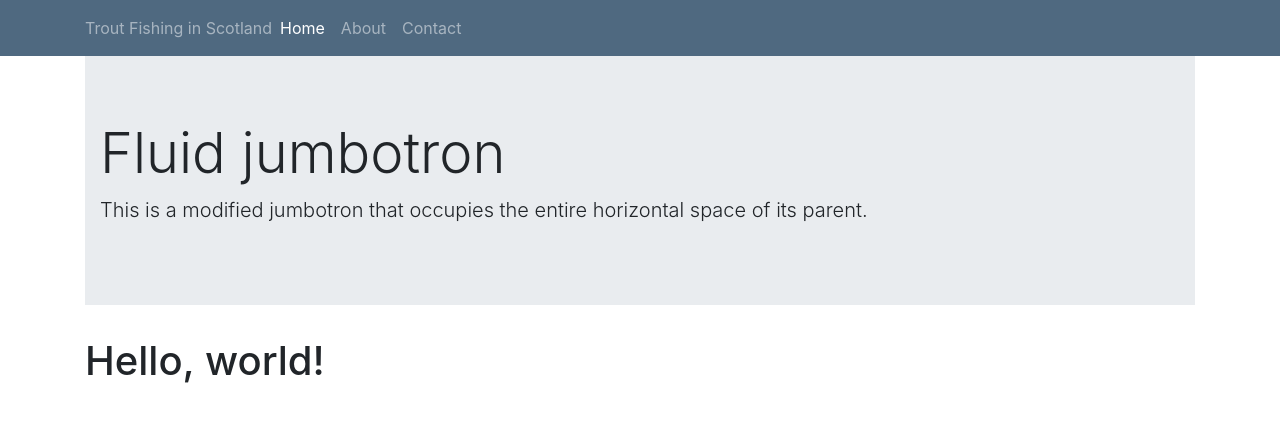
Repository: adrian9211/College_project
Page: index.html
These files come from the project's save history. The page is drawn as it stood at one moment and after the next save; the edit follows.
The browser window is 1280 px wide. The pictures show the whole page.

Above is the page before, as saved 2020-10-28 13:23:31.

### index.html
<!doctype html>
<html lang="en">
  <head>
    <!-- Required meta tags -->
    <meta charset="utf-8">
    <meta name="viewport" content="width=device-width, initial-scale=1, shrink-to-fit=no">

    <!-- Bootstrap CSS -->
    <link rel="stylesheet" href="https://cdn.jsdelivr.net/npm/bootstrap@4.5.3/dist/css/bootstrap.min.css" integrity="sha384-TX8t27EcRE3e/ihU7zmQxVncDAy5uIKz4rEkgIXeMed4M0jlfIDPvg6uqKI2xXr2" crossorigin="anonymous">
    <link rel="stylesheet" href="css/style.css">

    <title>Trout fishing in Scotland</title>
  </head>
  <body>
      <!-- Navigation  bar start -->
    <nav class="navbar navbar-expand-md navbar-dark sticky-top" role="navigation" id="navbar2" style="background-color: #4F6980;">
        <div class="container">
          <a href="index.html"><span class="navbar-text">Trout Fishing in Scotland</span></a>
          <button class="navbar-toggler" data-toggle="collapse" data-target="#collapse_target">
            <span class="navbar-toggler-icon"></span>
          </button>
          <div class="collapse navbar-collapse" id="collapse_target">
          <ul class="navbar-nav " >
            <li class="nav-item active">
              <a class="nav-link " href="index.html">Home </a>
            </li>
            <li class="nav-item ">
              <a class="nav-link " href="portfolio.html">About</a>
            </li>
            <li class="nav-item ">
              <a class="nav-link " href="contact.html">Contact</a>
            </li>
          </ul>
        </div>
        </div>
      </nav>
      <!-- Navigation  bar end -->
      <div class="container">
        <div class="jumbotron jumbotron-fluid">
            <div class="container">
              <h1 class="display-4">Fluid jumbotron</h1>
              <p class="lead">This is a modified jumbotron that occupies the entire horizontal space of its parent.</p>
            </div>
          </div>
          <main>

          </main>
        <h1>Hello, world!</h1>

        </div>
    <!-- Scripts for bootstrap -->
    <script src="https://code.jquery.com/jquery-3.5.1.slim.min.js" integrity="sha384-DfXdz2htPH0lsSSs5nCTpuj/zy4C+OGpamoFVy38MVBnE+IbbVYUew+OrCXaRkfj" crossorigin="anonymous"></script>
    <script src="https://cdn.jsdelivr.net/npm/bootstrap@4.5.3/dist/js/bootstrap.bundle.min.js" integrity="sha384-ho+j7jyWK8fNQe+A12Hb8AhRq26LrZ/JpcUGGOn+Y7RsweNrtN/tE3MoK7ZeZDyx" crossorigin="anonymous"></script>
  </body>
</html>

### css/style.css
.jumbotron {
    background-image: ;
}

After the next save:
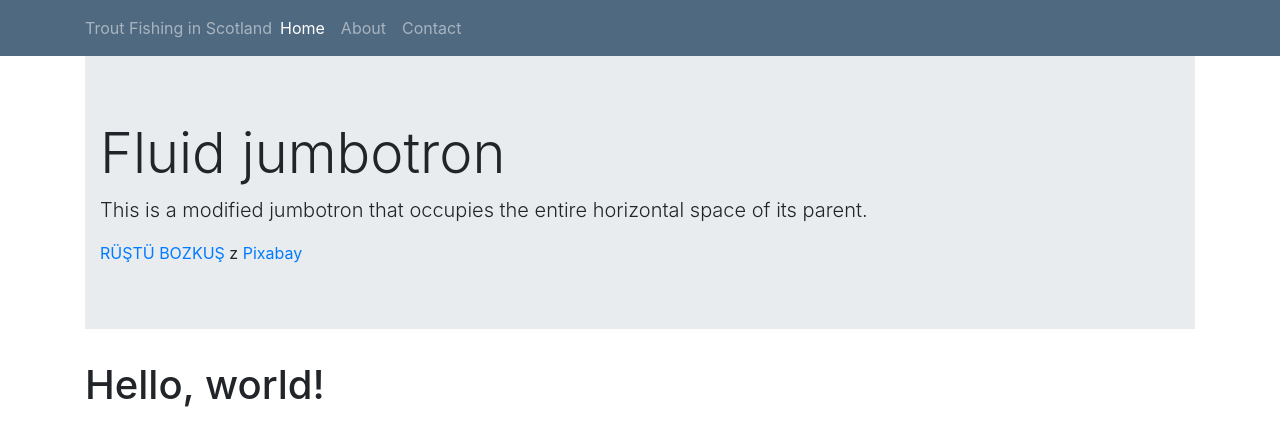
Saved 3 min 25 s later.
--- a/index.html
+++ b/index.html
@@ -40,6 +40,7 @@
             <div class="container">
               <h1 class="display-4">Fluid jumbotron</h1>
               <p class="lead">This is a modified jumbotron that occupies the entire horizontal space of its parent.</p>
+              <a href="https://pixabay.com/pl/users/kareni-5357143/?utm_source=link-attribution&amp;utm_medium=referral&amp;utm_campaign=image&amp;utm_content=2516887"> RÜŞTÜ BOZKUŞ</a> z <a href="https://pixabay.com/pl/?utm_source=link-attribution&amp;utm_medium=referral&amp;utm_campaign=image&amp;utm_content=2516887"> Pixabay</a>
             </div>
           </div>
           <main>
